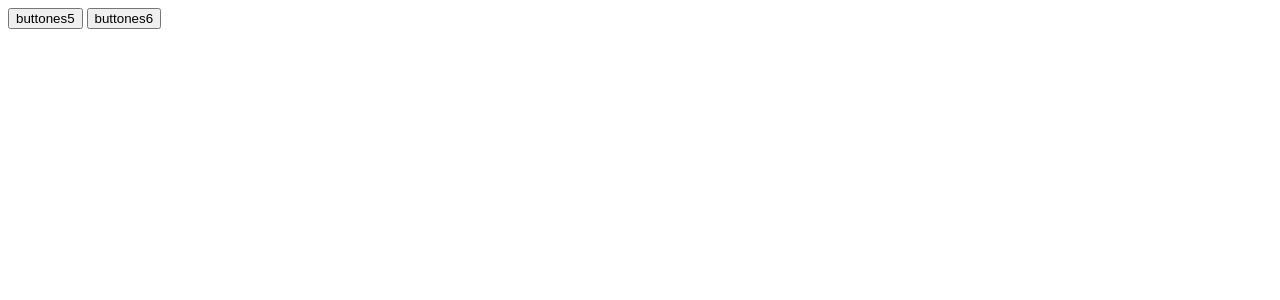
Repository: motiejus1/08-paskaita-JS
Page: index.html
These files come from the project's save history. The page is drawn as it stood at one moment and after a run of saves; the edit follows.
The browser window is 1280 px wide. The pictures show the whole page.

Above is the page before, as saved 2021-06-17 12:01:04.

### index.html
<!DOCTYPE html>
<html lang="en">
<head>
    <meta charset="UTF-8">
    <meta http-equiv="X-UA-Compatible" content="IE=edge">
    <meta name="viewport" content="width=device-width, initial-scale=1.0">
    <title>8 paskaita</title>
</head>
<body>

<div class="container">
    <button id="buttones5">buttones5</button>
    <button id="buttones6">buttones6</button>


    <div id="reses5"></div>
    <div id="reses6"></div>
</div>
<!-- 2sec -->

<!-- 10sec -->
    <script src="script.js">
    </script>
</body>
</html>

### script.js

"use strict";


let skaicius = 0;

skaicius = 6;

//apsirasome kintamaji
//mes jam priskiriam reiksme
//me galim pakeisti kintamojo reiksme
//ir mes kintamaji isvedam

let dalybosRezultatas =  function(sk1=0,sk2=0) {
    let rezultatas;
    rezultatas = sk1/sk2;

    return rezultatas;
}

dalybosRezultatas = function(sk1=0,sk2=0) {
    let rezultatas;
    rezultatas = sk1/sk2;

    let masyvas = [];
    masyvas[0]= sk1;
    masyvas[1]= sk2;
    masyvas[2] = rezultatas;
    return masyvas;
}


console.log("Script veikia");

console.log(dalybosRezultatas(5,10));


//ES5
let daugybaes5 = function(sk1, sk2) {

    //this
    let rezultatas;
    rezultatas = sk1*sk2;
    document.getElementById('reses5').innerHTML += this;
    return rezultatas;
}

//Es6 funckija
let daugybaes6 = (sk1, sk2) => {
    let rezultatas;
    rezultatas = sk1*sk2;
    document.getElementById('reses6').innerHTML += this;
    // console.log(this);
    return rezultatas;
}


// console.log(daugybaes5(2,4));
// console.log(daugybaes6(2,4));

//ES5
// window.addEventListener("load", daugybaes5(2,4));
// document.getElementById("buttones5").addEventListener("click", daugybaes5(2,4) );


//ES6

// window.addEventListener("load", daugybaes6(2,4));
// document.getElementById("buttones6").addEventListener("click", daugybaes6(2,4));


let funkcijaes5 = function() {
    document.getElementById('reses5').innerHTML += this;
}

let funkcijaes6 = () => {
    document.getElementById('reses6').innerHTML += this;
}

After the next 2 saves:
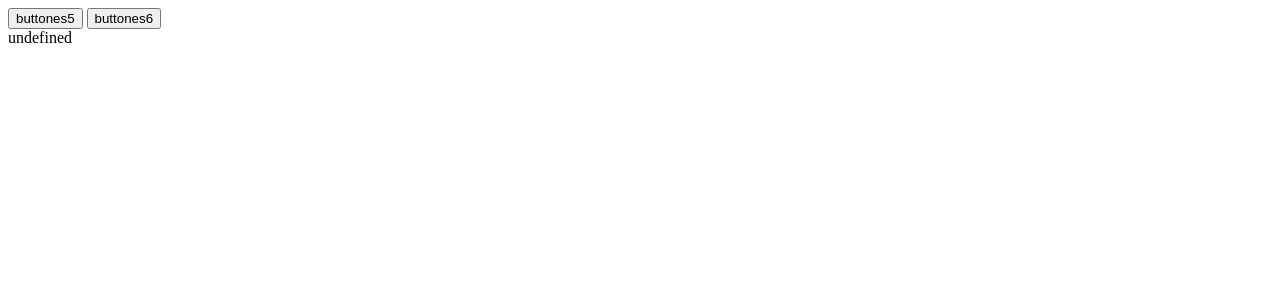
Console error: TypeError: Failed to execute 'addEventListener' on 'EventTarget': parameter 2 is not of type 'Object'.
The 2 saves are shown as one change because they came seconds apart.
The last was saved 9 s later.
--- a/script.js
+++ b/script.js
@@ -76,3 +76,6 @@ let funkcijaes5 = function() {
 let funkcijaes6 = () => {
     document.getElementById('reses6').innerHTML += this;
 }
+
+window.addEventListener("load", daugybaes5(2,4));
+document.getElementById("buttones5").addEventListener("click", daugybaes5(2,4) );
